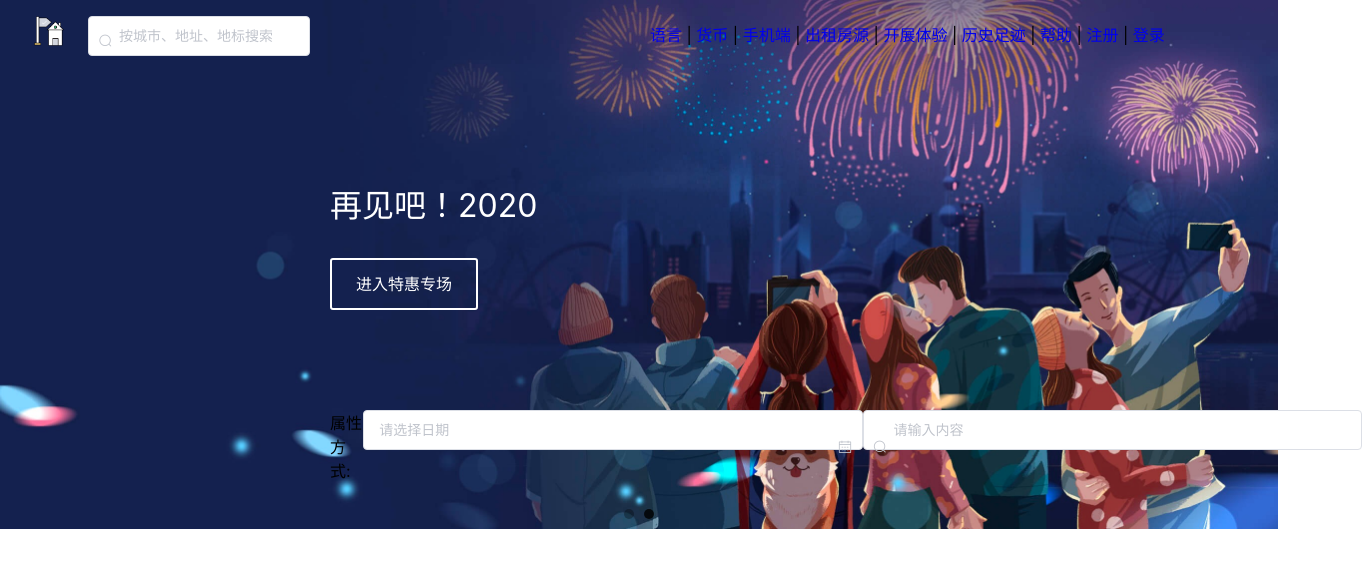
Repository: yz1181214391/my-airbnb
Page: /
An editor plug-in stored every save of this project. The page is shown before and after the next save, followed by the edit.
The browser window is 1280 px wide. The page is 1362 px wide, so the pictures cover 1362 px, including what lies to the right of the window. The pictures show the whole page.
The project was rebuilt for these pictures with package versions that can differ from the ones it lists, and the page was loaded fresh each time. Also part of the build but not shown: src/views/Language.vue, src/views/Currency.vue, src/views/Enter.vue, src/views/Experience.vue, src/views/Help.vue, src/views/History.vue, src/views/Mobile.vue, src/views/Register.vue and 1 more.

Above is the page before, as saved 2020-12-09 16:54:47.

After the next save:
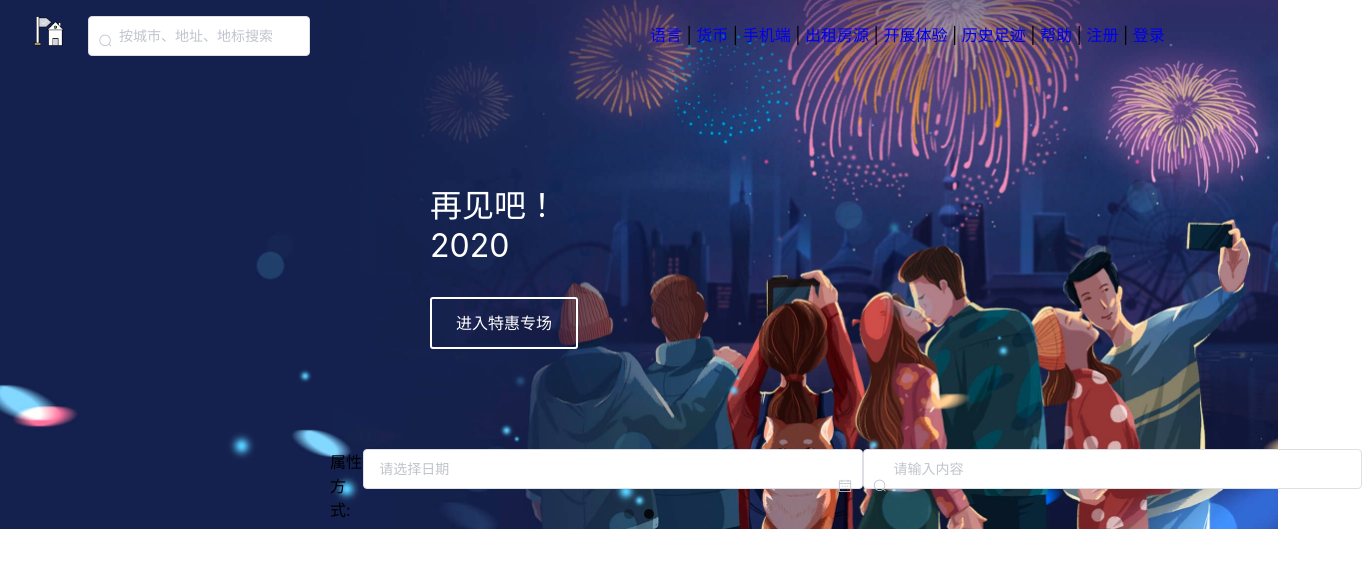
Saved 69 s later.
--- a/src/components/Header.vue
+++ b/src/components/Header.vue
@@ -23,7 +23,7 @@
       </el-row>
       <el-row :gutter="20">
         <el-col :span="6" :offset="6">
-          <div class="grid-content bg-purple" style="margin:80px 0;">
+          <div class="grid-content bg-purple" style="margin:80px 0; margin-left:100px">
             <h1 style="font-size:32px;color:#fff">再见吧！2020</h1>
             <div class="preferential-btn">进入特惠专场</div>
           </div>
